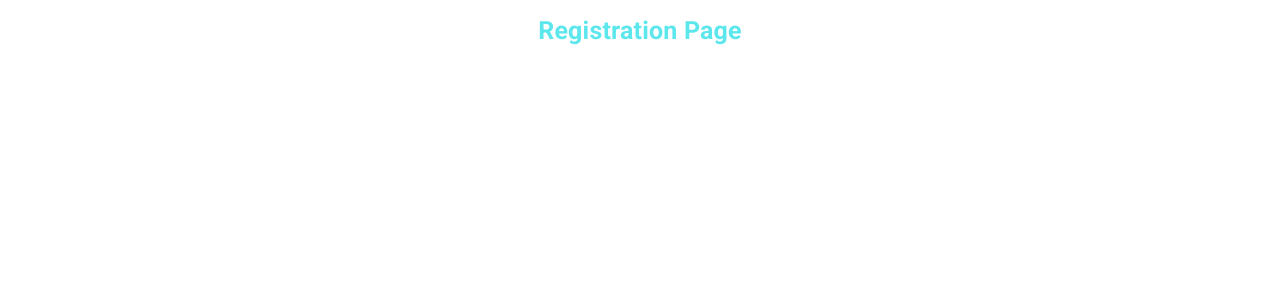
Repository: Sharif-00112/doctors-portal-client
Page: /register
An editor plug-in stored every save of this project. The page is shown before and after the next save, followed by the edit.
The browser window is 1280 px wide. The pictures show the whole page.
The project was rebuilt for these pictures with package versions that can differ from the ones it lists, and the page was loaded fresh each time. Also part of the build but not shown: src/Pages/Shared/Footer/Footer.js, src/Pages/Home/AppointmentBanner/AppointmentBanner.js, src/Pages/Home/Banner/Banner.js, src/Pages/Home/Contact/Contact.js, src/Pages/Home/Service/Service.js, src/Pages/Home/Services/Services.js, src/Pages/Home/Story/Story.js, src/Pages/Home/Home/Home.js and 7 more.

Above is the page before, as saved 2022-11-06 22:22:22.

After the next save:
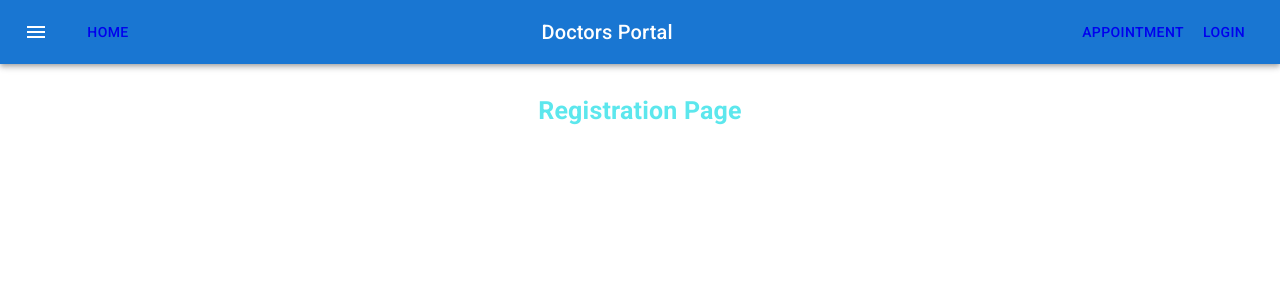
Saved 22 s later.
--- a/src/Pages/Login/Register/Register.js
+++ b/src/Pages/Login/Register/Register.js
@@ -1,10 +1,12 @@
 import React from 'react';
 import Typography from '@mui/material/Typography';
+import Navigation from '../../Shared/Navigation/Navigation';
 
 
 const Register = () => {
     return (
         <div>
+            <Navigation></Navigation>
             <Typography sx={{ my:2, fontSize: 25, fontWeight: 600 }} style={{color: '#5CE7ED'}} variant="h4" component="div">
                 Registration Page
             </Typography>
